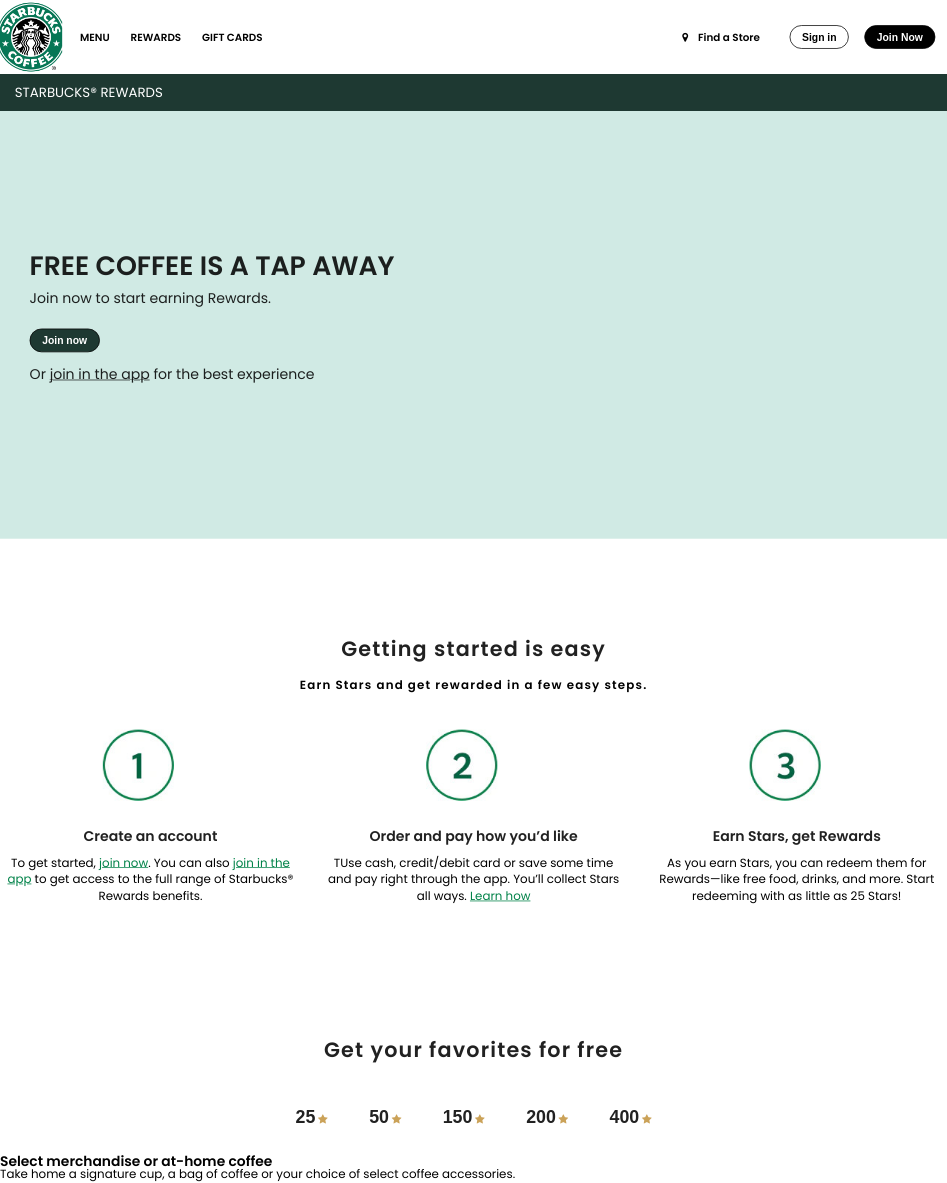
Repository: Akashiii1/StarBucks
Page: index.html
The author's editor kept a copy of each file at every save. The page is drawn from the files as they stood at one save, then again after the next save.
The browser window is 1280 px wide. The pictures show the whole page, at 74% of full size.

Above is the page before, as saved 2022-01-28 22:13:36.

After the next save:
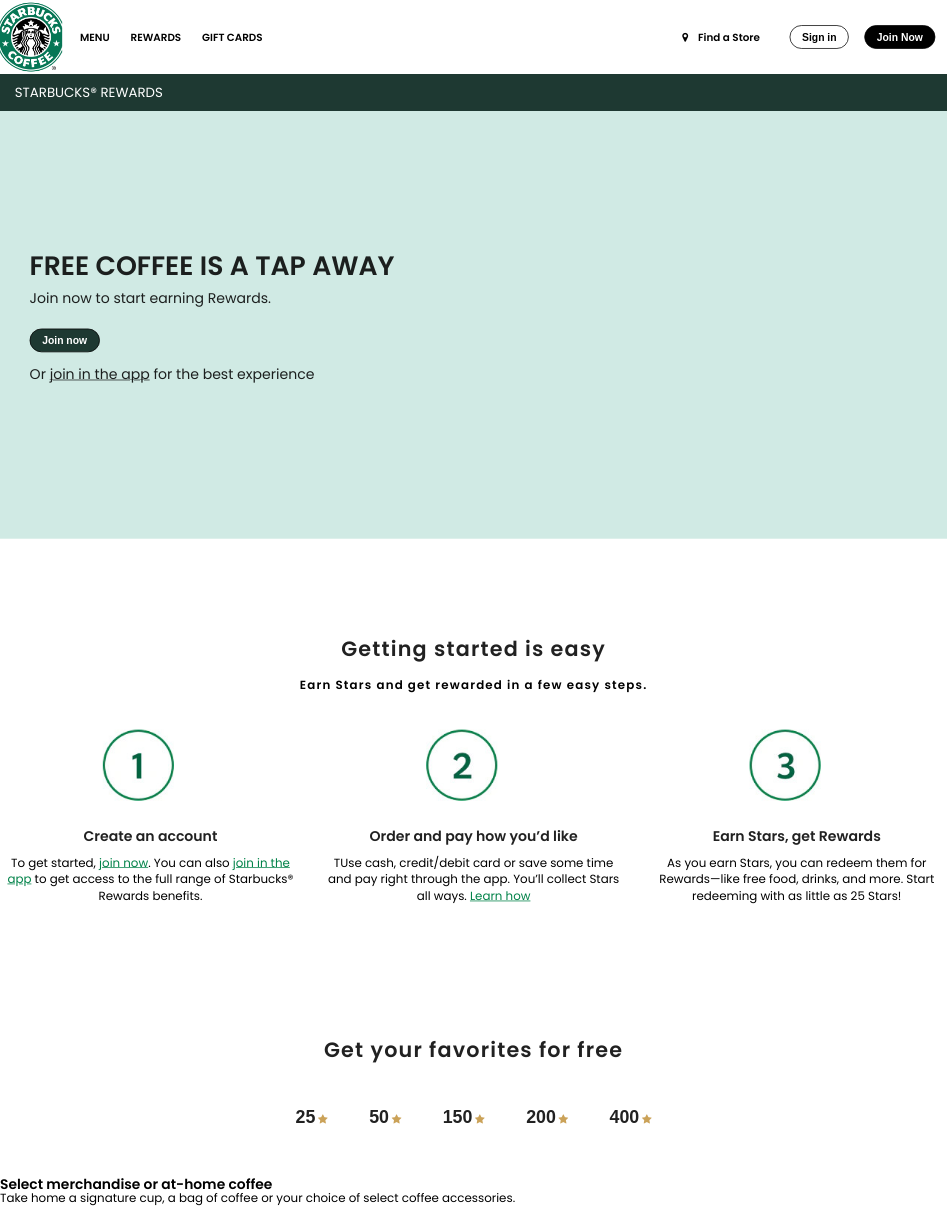
Saved 27 s later.
--- a/Style/style.css
+++ b/Style/style.css
@@ -337,6 +337,9 @@
 .tab-item.active{
   border-bottom: 4px solid #1e3932;
 }
+.sub-tab{
+  padding: 32px 0;
+}
 @media (max-width:740px){
   .sub-nav{
     display: none;
